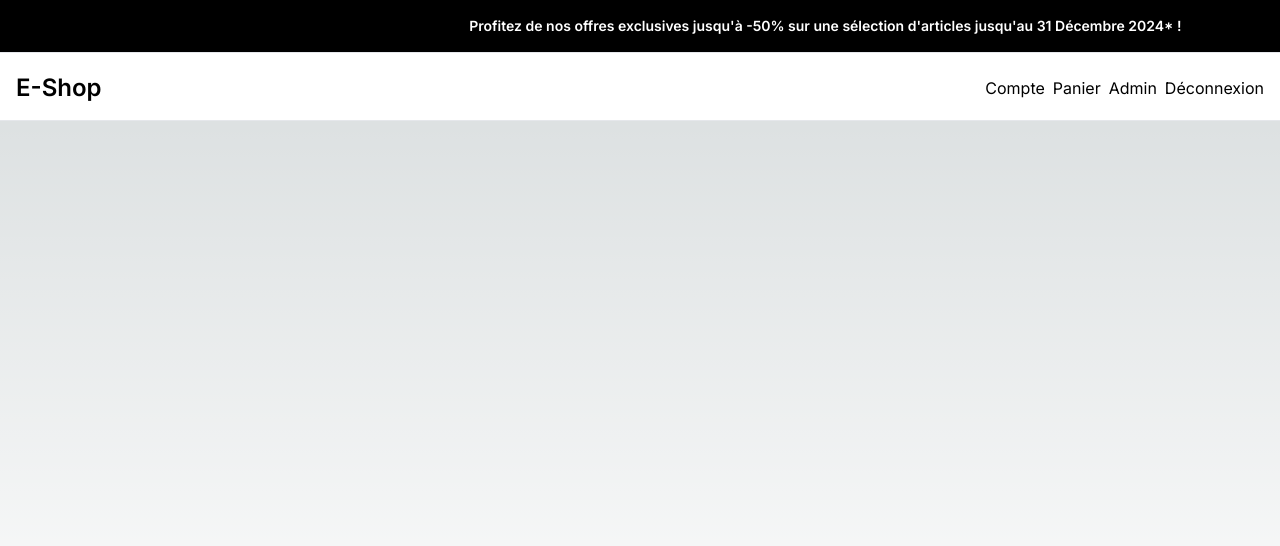
Repository: SDlevelUp/e-shop
Page: /
These files come from the project's save history. The page is drawn as it stood at one moment and after the next save; the edit follows.
The browser window is 1280 px wide. The pictures show the whole page.
The project was rebuilt for these pictures with package versions that can differ from the ones it lists, and the page was loaded fresh each time. The framework's server and built-in components were replaced by stand-ins that run in the browser. Also part of the build but not shown: next.config.js.

Above is the page before, as saved 2023-08-29 12:59:10.

### src/app/layout.js
import './globals.css'
import { Inter } from 'next/font/google';
import Navbar from '@/components/Navbar/Navbar';
import GlobalState from '@/context';
const inter = Inter({ subsets: ['latin'] })

export const metadata = {
  title: 'E-Shop, votre boutique en ligne',
  description: 'Generated by create next app',
};

export default function RootLayout({ children }) {
  return (
    <html lang="en">
      <head>
        <meta charSet="UTF-8" />
        <meta name="viewport" content="width=device-width, initial-scale=1.0" />
        <title>{metadata.title}</title>
        <meta name="description" content={metadata.description} />
      </head>
      <body className={inter.className}>
        <GlobalState>
          <Navbar />
          <main>{children}</main>
        </GlobalState>
      </body>
    </html>
  )
}

### src/app/page.js
import React from 'react';

function Home() {
  return (
    <main className="flex min-h-screen flex-col items-center justify-between p-24">
      <div>

      </div>
    </main>
  );
}

export default Home;

### src/app/globals.css
@tailwind base;
@tailwind components;
@tailwind utilities;

:root {
  --foreground-rgb: 0, 0, 0;
  --background-start-rgb: 214, 219, 220;
  --background-end-rgb: 255, 255, 255;
}

@media (prefers-color-scheme: dark) {
  :root {
    --foreground-rgb: 255, 255, 255;
    --background-start-rgb: 0, 0, 0;
    --background-end-rgb: 0, 0, 0;
  }
}

body {
  color: rgb(var(--foreground-rgb));
  background: linear-gradient(to bottom,
      transparent,
      rgb(var(--background-end-rgb))) rgb(var(--background-start-rgb));
}

.animation {
  animation: defilement-rtl 15s infinite linear;
}

@keyframes defilement-rtl {
  0% {
    transform: translate3d(0, 0, 0);
  }

  100% {
    transform: translate3d(-100%, 0, 0);
  }
}

### src/components/Navbar/Navbar.jsx
"use client";
import { Fragment } from "react";

//Admin connecté
const isAdminView = false;

//Utilisateur sur le site
const isAuthUser = true;

const user = {
    role: 'admin'
}
export default function Navbar() {
    return (
        <>
            <div className="bg-white fixed z-40 w-full top-0 left-0 border-b border-gray-200 h-46">
                <header className="bg-black z-50 w-full top-0 left-0 border-b border-gray-200 fixed">
                    <div className="max-w-screen-xl flex flex-wrap items-center justify-center mx-auto p-4">
                        <div className="flex items-center cursor-pointer">
                            <span className="text-white text-sm font-semibold whitespace-nowrap animation inline-block pl-[100%] pr-[2em]">
                                Profitez de nos offres exclusives jusqu'à -50% sur une sélection d'articles jusqu'au 31 Décembre 2024* !                         </span>
                        </div>
                    </div>
                </header>

                <nav className="max-w-screen-xl flex items-center justify-between mx-auto p-4 mt-14" >
                    <div className="flex items-center cursor-pointer">
                        <span className="self-center text-2xl font-semibold whitespace-nowrap">
                            E-Shop
                        </span>
                    </div>
                    <div className="flex md:order-2 gap-2">
                        {!isAdminView && isAuthUser ? (
                            <Fragment>
                                <button>Compte</button>
                                <button>Panier</button>
                            </Fragment>
                        ) : null}
                        {
                            user?.role === 'admin' ?
                                isAdminView ? <button>Client</button> : <button>Admin</button>
                                : null
                        } {
                            isAuthUser ? <button>Déconnexion</button> : <button>Connexion</button>
                        }
                    </div>
                </nav>
            </div>
        </>
    );
}

### src/context/index.js
"use client";

import { createContext } from 'react';

export const GlobalContext = createContext(null);

export default function GlobalState({ children }) {
    return (
        <GlobalContext.Provider value={{}}>{children}</GlobalContext.Provider>
    )
}

Loaded but not shown: tailwind.config.js (common file)

After the next save:
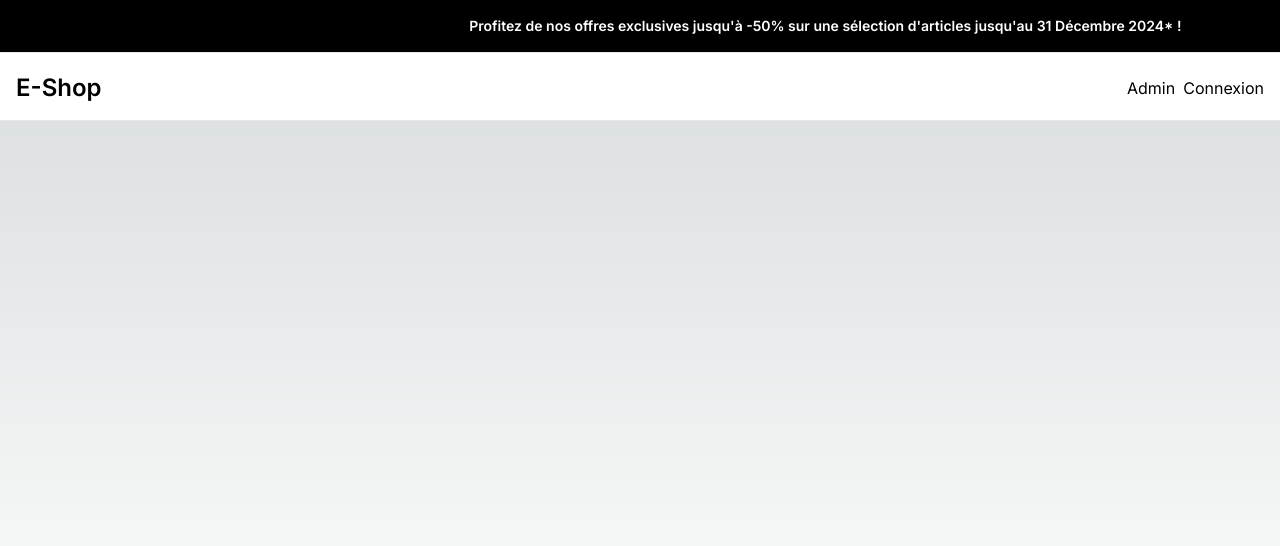
Saved 66 s later.
--- a/src/components/Navbar/Navbar.jsx
+++ b/src/components/Navbar/Navbar.jsx
@@ -5,7 +5,7 @@ import { Fragment } from "react";
 const isAdminView = false;
 
 //Utilisateur sur le site
-const isAuthUser = true;
+const isAuthUser = false;
 
 const user = {
     role: 'admin'
